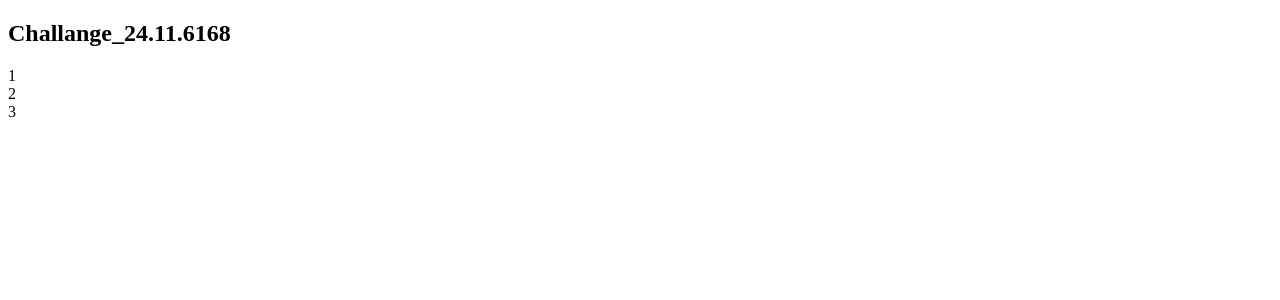
Repository: Ms-Ulfiyahrustam/p5_pemogramanweb
Page: index.html
These files come from the project's save history. The page is drawn as it stood at one moment and after the next save; the edit follows.
The browser window is 1280 px wide. The pictures show the whole page.

Above is the page before, as saved 2026-04-27 09:04:18.

### index.html
<!DOCTYPE html>
<html lang="en">
<head>
    <meta charset="UTF-8">
    <meta name="viewport" content="width=device-width, initial-scale=1.0">
    <link rel="stylesheet" href="style.css">
    <title>Document</title>
</head>
<body class="body">
    <h2>Challange_24.11.6168</h2>
    <div>1</div>
    <div>2</div>
    <div>3</div>
</body>
</html>

### style.css


.flex-container > div {
    background-color : white;
    margin: 10px;
    padding: 20px;
    font-size: 30;
}


.flex-container{
    display: flex;
    background-color: rgb(139, 178, 236);
}

After the next save:
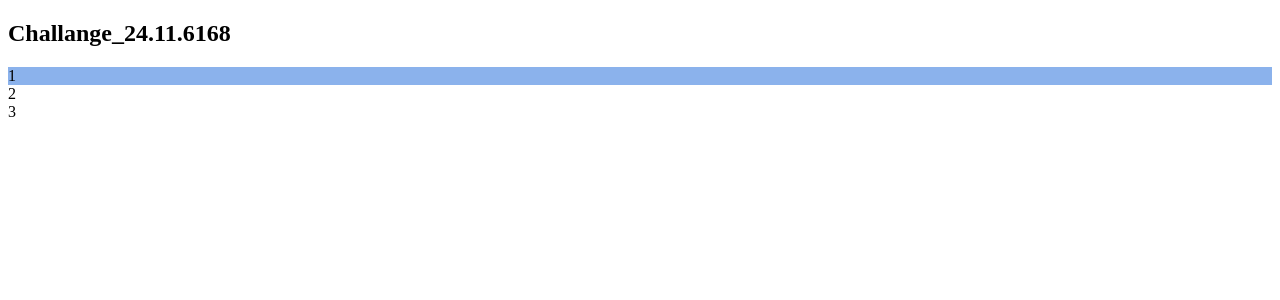
Saved 31 s later.
--- a/index.html
+++ b/index.html
@@ -6,9 +6,9 @@
     <link rel="stylesheet" href="style.css">
     <title>Document</title>
 </head>
-<body class="body">
+<body class="">
     <h2>Challange_24.11.6168</h2>
-    <div>1</div>
+    <div class="flex-container">1</div>
     <div>2</div>
     <div>3</div>
 </body>
